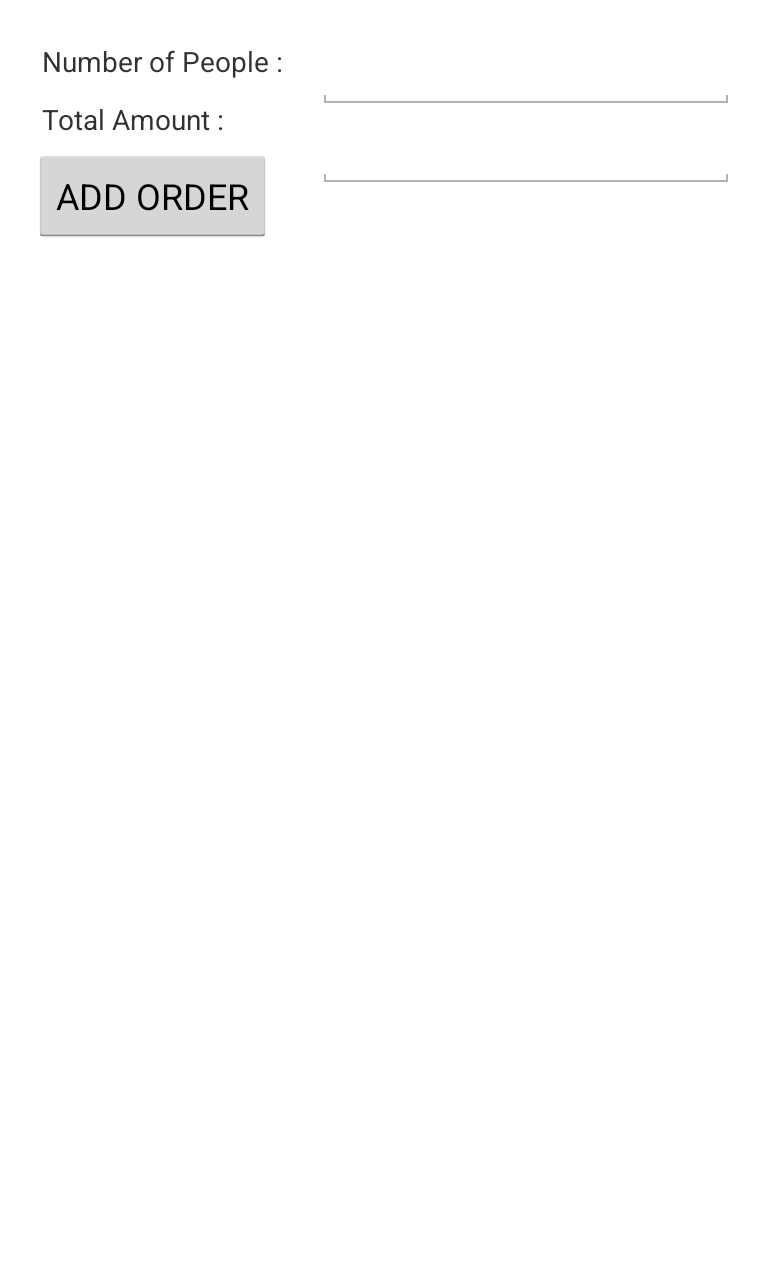
Repository: erenerdogan/ERMS
Layout: ERMSMobile/ERMS/res/layout/activity_try_recommendation.xml
An editor plug-in stored every save of this project. The layout is shown before and after the next save, followed by the edit.
It is drawn on a 768 x 1280 px phone screen (xhdpi) without system bars, with theme AppTheme; the app's code is not run.

Above is the layout before, as saved 2013-12-21 19:18:21.

After the next save:
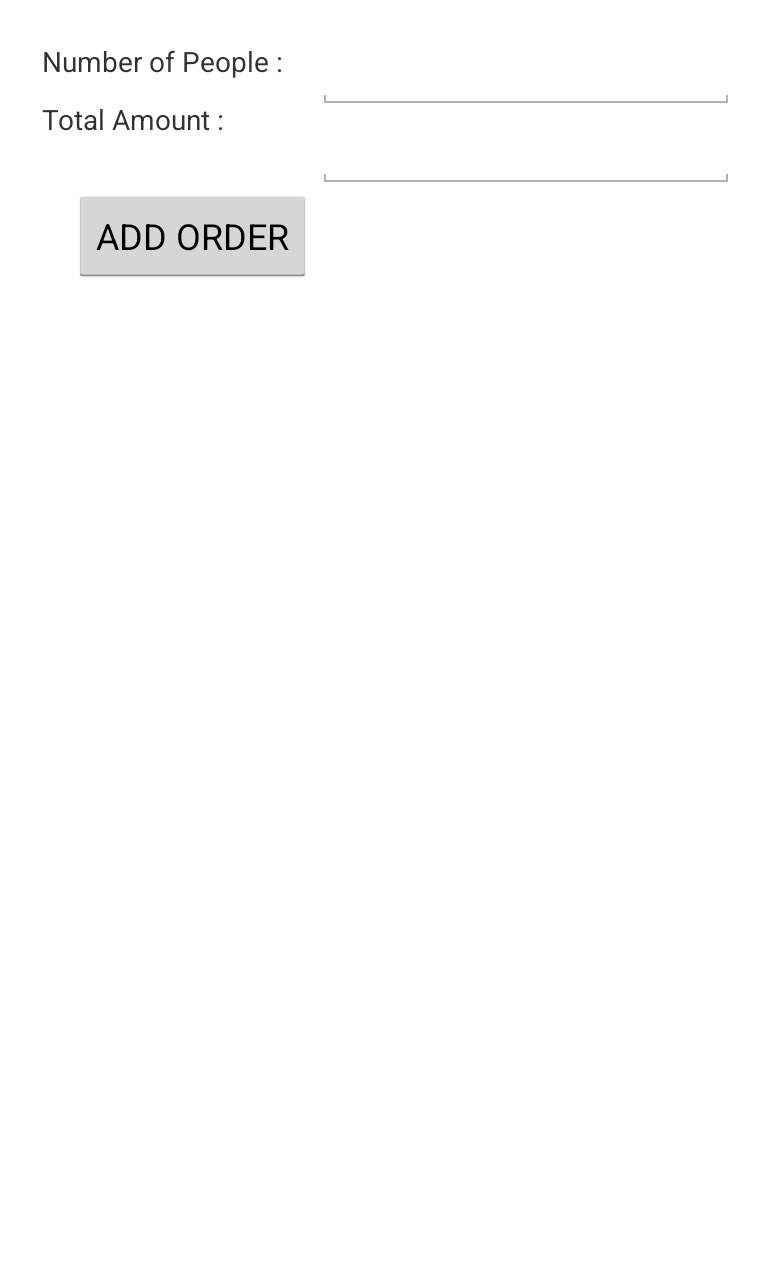
Saved 98 s later.
--- a/ERMSMobile/ERMS/res/layout/activity_try_recommendation.xml
+++ b/ERMSMobile/ERMS/res/layout/activity_try_recommendation.xml
@@ -51,6 +51,7 @@
                 android:layout_width="wrap_content"
                 android:layout_height="wrap_content"
                 android:layout_below="@+id/tryAmount"
+                android:layout_margin="20dip"
                 android:text="ADD ORDER" />
 
 </RelativeLayout>
